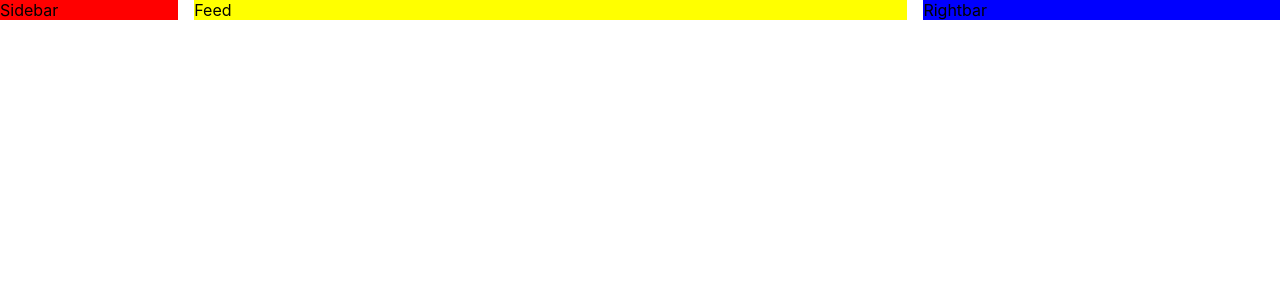
Repository: abubaker-cs/mui5_dashboard
Page: /
An editor plug-in stored every save of this project. The page is shown before and after the next save, followed by the edit.
The browser window is 1280 px wide. The pictures show the whole page.
The project was rebuilt for these pictures with package versions that can differ from the ones it lists, and the page was loaded fresh each time. Also part of the build but not shown: src/App.css.

Above is the page before, as saved 2022-07-17 05:27:08.

### public/index.html
<!DOCTYPE html>
<html lang="en">
  <head>
    <meta charset="utf-8" />
    <link rel="icon" href="%PUBLIC_URL%/favicon.ico" />
    <meta name="viewport" content="width=device-width, initial-scale=1" />
    <meta name="theme-color" content="#000000" />
    <meta
      name="description"
      content="Web site created using create-react-app"
    />
    <link rel="apple-touch-icon" href="%PUBLIC_URL%/logo192.png" />

    <link rel="manifest" href="%PUBLIC_URL%/manifest.json" />
    <link
      rel="stylesheet"
      href="https://fonts.googleapis.com/css?family=Roboto:300,400,500,700&display=swap"
    />
    <link
      rel="stylesheet"
      href="https://fonts.googleapis.com/icon?family=Material+Icons"
    />

    <title>React App</title>
  </head>
  <body>
    <noscript>You need to enable JavaScript to run this app.</noscript>
    <div id="root"></div>
  </body>
</html>

### src/App.js
import "./App.css";
import Sidebar from "./components/Sidebar";
import Feed from "./components/Feed";
import Rightbar from "./components/Rightbar";
import { Box, Container, Stack } from "@mui/material";

function App() {
  return (
    <Box>
      {/* navbar */}

      <Stack direction="row" spacing={2} justifyContent="space-evenly">
        <Sidebar />
        <Feed />
        <Rightbar />
      </Stack>
    </Box>
  );
}

export default App;

### src/components/Sidebar.jsx
import { Box } from "@mui/material";
import React from "react";

const Sidebar = () => {
  return (
    <Box bgcolor="red" flex={1}>
      Sidebar
    </Box>
  );
};

export default Sidebar;

### src/components/Feed.jsx
import { Box } from "@mui/material";
import React from "react";

const Feed = () => {
  return (
    <Box bgcolor="yellow" flex={4}>
      Feed
    </Box>
  );
};

export default Feed;

### src/components/Rightbar.jsx
import { Box } from "@mui/material";
import React from "react";

const Rightbar = () => {
  return (
    <Box bgcolor="blue" flex={2}>
      Rightbar
    </Box>
  );
};

export default Rightbar;

Loaded but not shown: src/index.js (common file); src/index.css (common file)

After the next save:
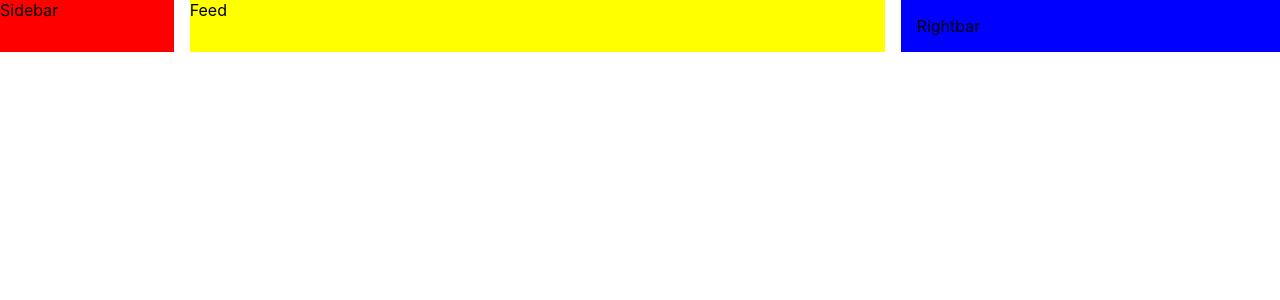
Saved 35 s later.
--- a/src/components/Rightbar.jsx
+++ b/src/components/Rightbar.jsx
@@ -3,7 +3,7 @@
 
 const Rightbar = () => {
   return (
-    <Box bgcolor="blue" flex={2}>
+    <Box bgcolor="blue" flex={2} p={2}>
       Rightbar
     </Box>
   );
